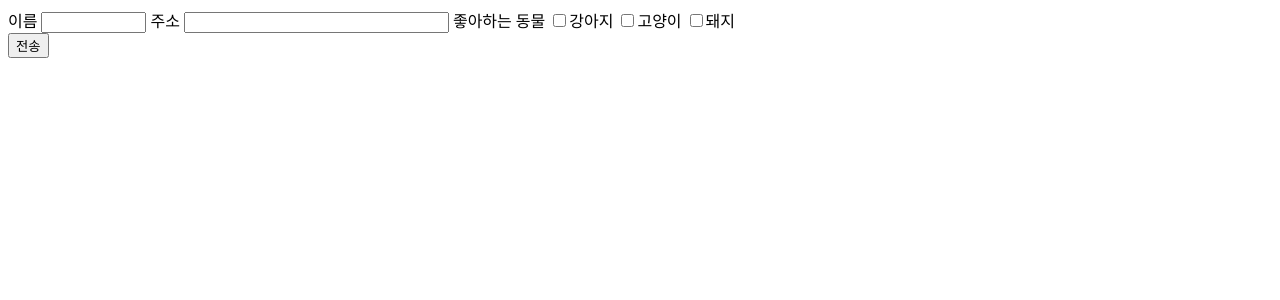
Repository: yuntaekOhO/SY_Academy_Study
Page: http://localhost/ch03-JSP/ch02-nestedObject/s03_makeTestForm.jsp
An editor plug-in stored every save of this project. The page is shown before and after the next save, followed by the edit.
The browser window is 1280 px wide. The pictures show the whole page.
The page is served by Tomcat 9.

Above is the page before, as saved 2022-06-24 06:13:49.

After the next save:
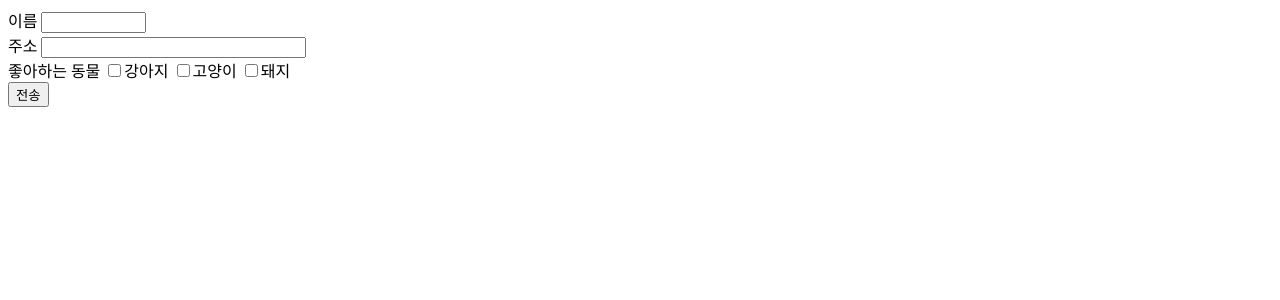
Saved 11 s later.
--- a/workspace_jsp/ch03-JSP/src/main/webapp/ch02-nestedObject/s03_makeTestForm.jsp
+++ b/workspace_jsp/ch03-JSP/src/main/webapp/ch02-nestedObject/s03_makeTestForm.jsp
@@ -8,8 +8,8 @@
 </head>
 <body>
 <form action="s04_viewParameter.jsp" method="post">
-	이름 <input type="text" name="name" size="10">
-	주소 <input type="text" name="address" size="30">
+	이름 <input type="text" name="name" size="10"><br>
+	주소 <input type="text" name="address" size="30"><br>
 	좋아하는 동물
 	<input type="checkbox" name="pet" value="dog">강아지
 	<input type="checkbox" name="pet" value="cat">고양이
